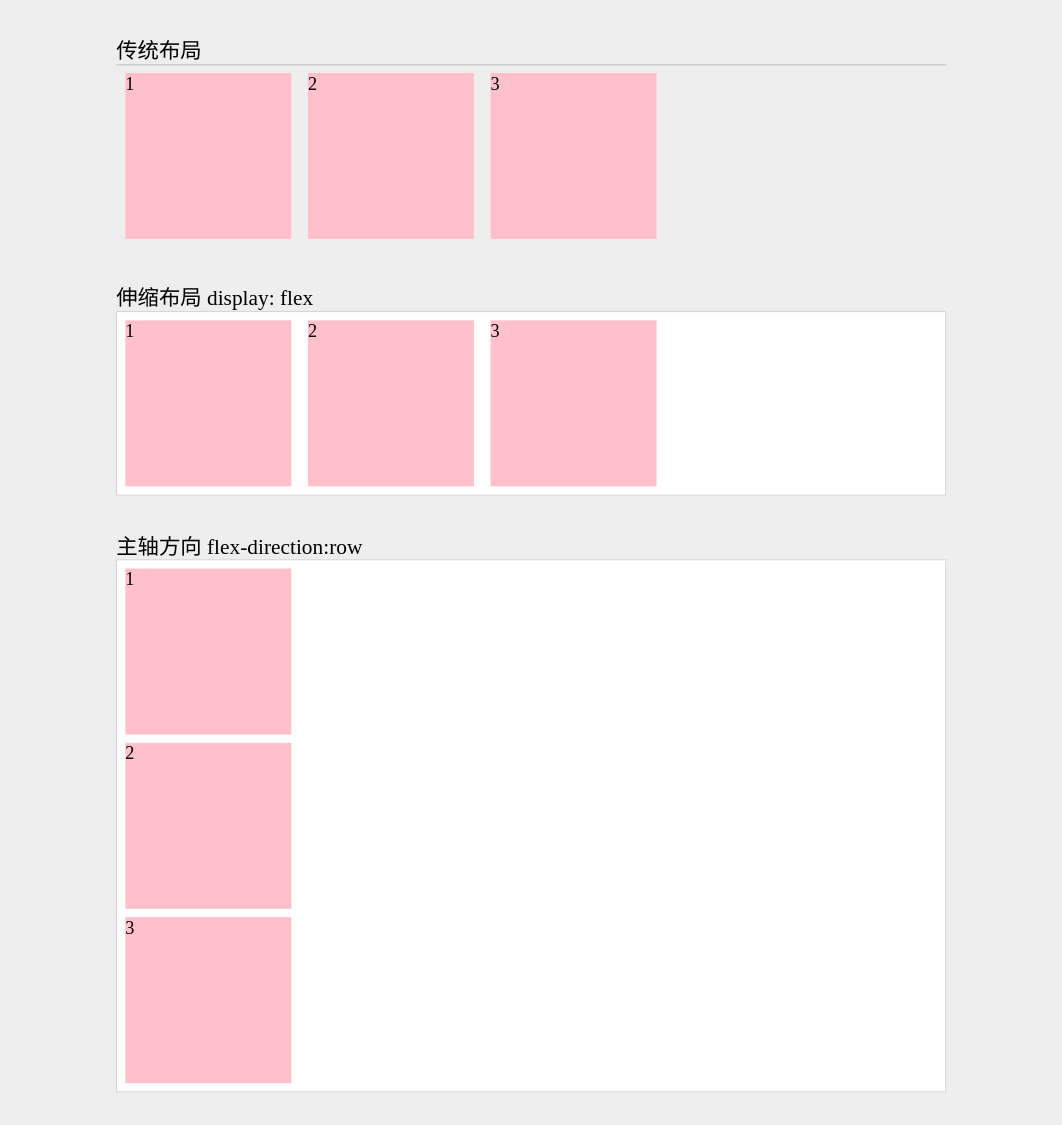
Repository: Germtao/Web
Page: web_css/css3_FLEX布局.html
These files come from the project's save history. The page is drawn as it stood at one moment and after the next save; the edit follows.
The browser window is 1280 px wide. The pictures show the whole page, at 83% of full size.

Above is the page before, as saved 2020-11-04 11:10:03.

### web_css/css3_FLEX布局.html
<!DOCTYPE html>
<html lang="en">

<head>
  <meta charset="UTF-8">
  <meta name="viewport" content="width=device-width, initial-scale=1.0">
  <title>CSS3-FLEX布局</title>

  <style>
    * {
      margin: 0;
      padding: 0;
      list-style: none;
    }

    body {
      background-color: #eee;
      font-family: "Microsoft Yahei";
      font-size: 22px;
    }

    h3 {
      font-weight: normal;
    }

    section {
      width: 1000px;
      margin: 40px auto;
    }

    ul {
      background-color: #fff;
      border: 1px solid #ccc;
    }

    ul li {
      width: 200px;
      height: 200px;
      background-color: pink;
      margin: 10px;
    }

    section:nth-child(1) {
      /* 清除浮动 */
      overflow: hidden;
    }

    section:nth-child(1) ul li {
      float: left;
    }

    /* 设置伸缩盒子 */
    section:nth-child(2) ul {
      display: flex;
    }
  </style>
</head>

<body>
  <section>
    <h3>传统布局</h3>
    <ul>
      <li>1</li>
      <li>2</li>
      <li>3</li>
    </ul>
  </section>

  <section>
    <h3>伸缩布局 display: flex</h3>
    <ul>
      <li>1</li>
      <li>2</li>
      <li>3</li>
    </ul>
  </section>

  <section>
    <h3>主轴方向 flex-direction:row</h3>
    <ul>
      <li>1</li>
      <li>2</li>
      <li>3</li>
    </ul>
  </section>
</body>

</html>

After the next save:
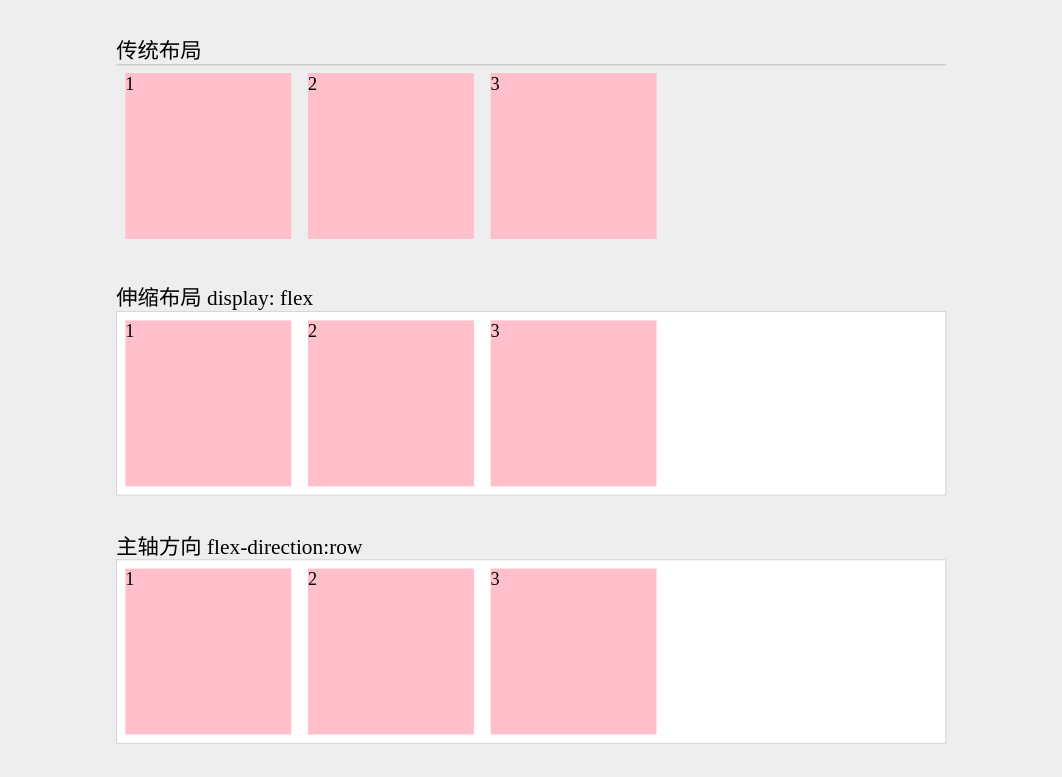
Saved 45 s later.
--- a/web_css/css3_FLEX布局.html
+++ b/web_css/css3_FLEX布局.html
@@ -53,6 +53,12 @@
     section:nth-child(2) ul {
       display: flex;
     }
+
+    /* 主轴方向 flex-direction:row */
+    section:nth-child(3) ul {
+      display: flex;
+      flex-direction: row;
+    }
   </style>
 </head>
 
